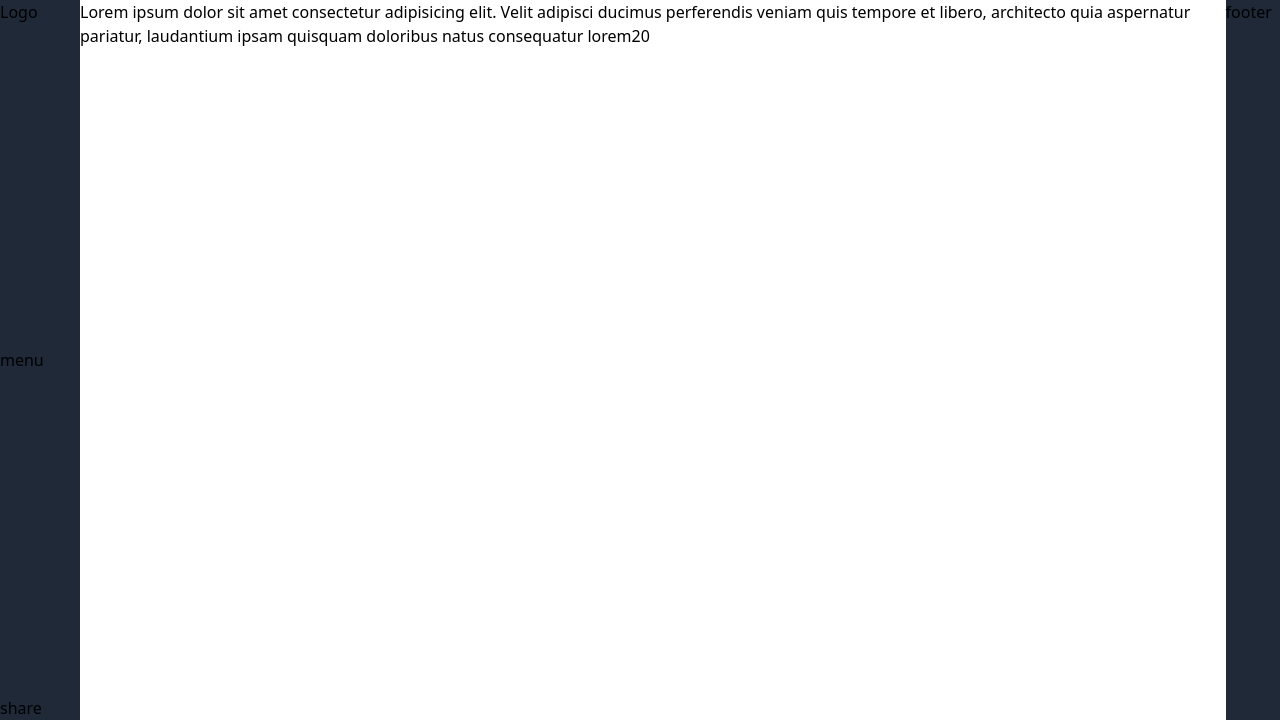
Repository: linco6054/template-tailwindcss
Page: index.html
These files come from the project's save history. The page is drawn as it stood at one moment and after the next save; the edit follows.
The browser window is 1280 px wide. The pictures show the whole page.

Above is the page before, as saved 2021-08-17 13:54:15.

After the next save:
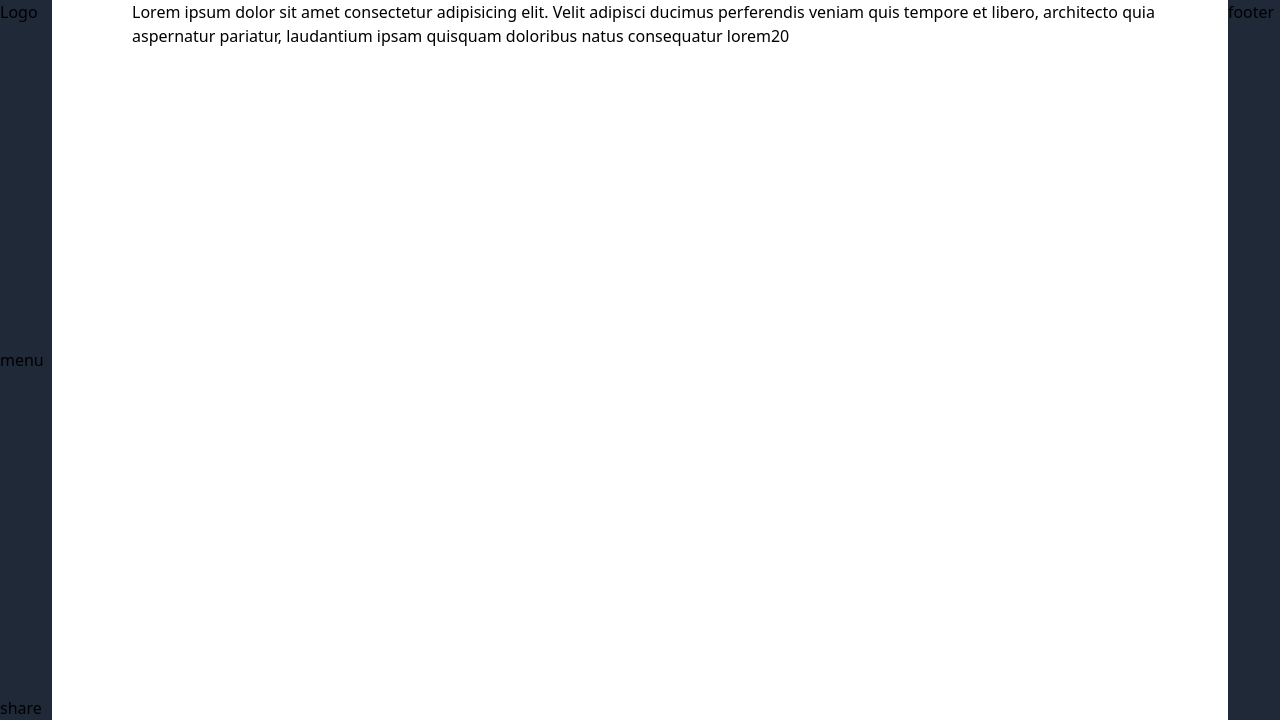
Saved 13 s later.
--- a/index.html
+++ b/index.html
@@ -16,8 +16,6 @@
   >
     <nav
       class="
-        fixed
-        top-0
         sm:h-14
         md:min-h-screen
         bg-gray-800
